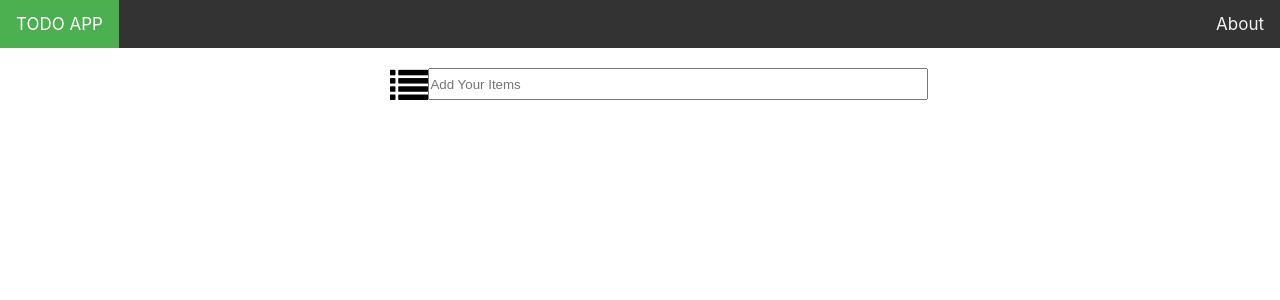
Repository: hoangphuong965/myTodoList
Page: /
These files come from the project's save history. The page is drawn as it stood at one moment and after a run of saves; the edit follows.
The browser window is 1280 px wide. The pictures show the whole page.
The project was rebuilt for these pictures with package versions that can differ from the ones it lists, and the page was loaded fresh each time.

Above is the page before, as saved 2020-06-01 09:48:38.

After the next 2 saves:
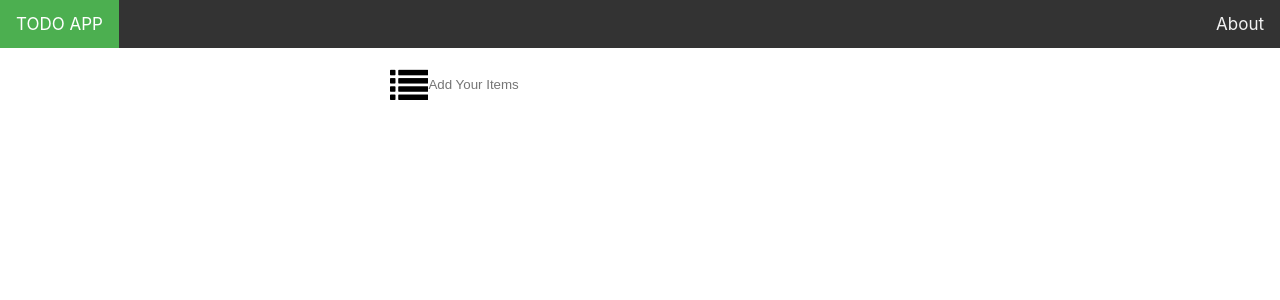
The 2 saves are shown as one change because they came seconds apart.
The last was saved 12 s later.
--- a/src/components/todo.css
+++ b/src/components/todo.css
@@ -13,6 +13,7 @@
     width: 500px;
     height: 2rem;
     margin: 10px 0px 0px 0px;
+    border: 2px;
 }
 
 .form{
